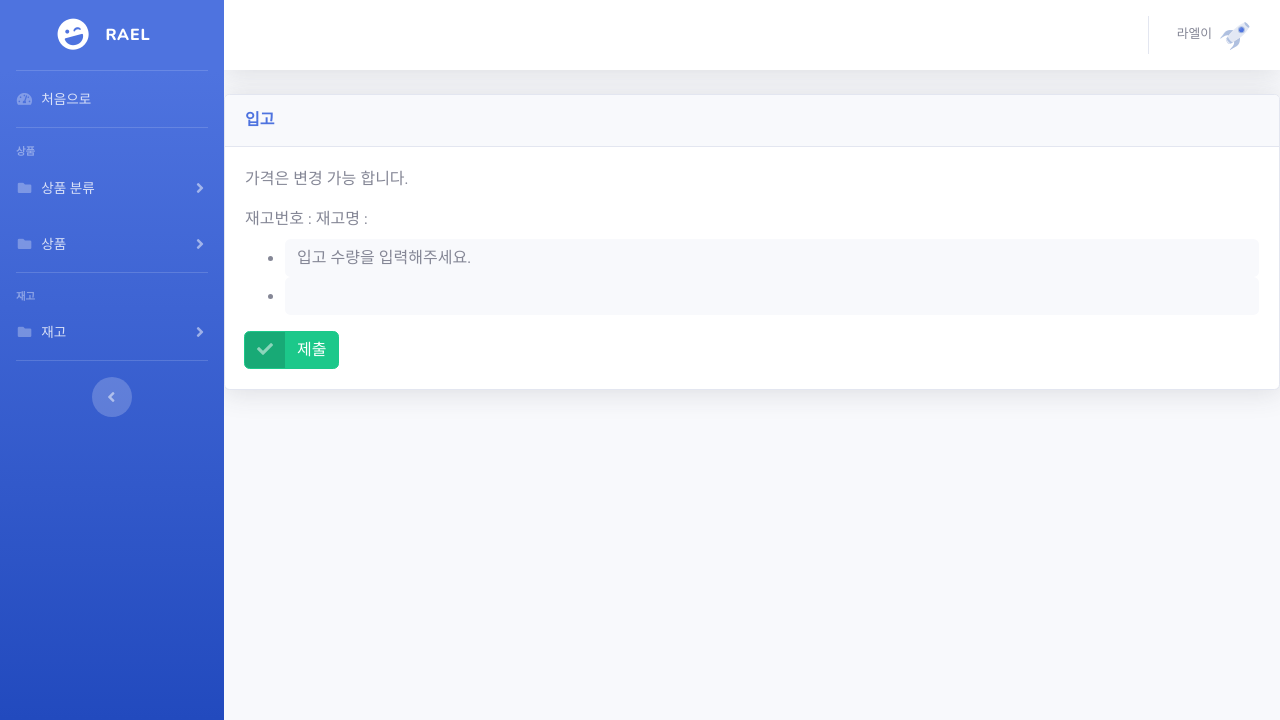
Repository: sww232/springRaelProject
Page: http://localhost/rael/WEB-INF/views/stock/stock_in.jsp
An editor plug-in stored every save of this project. The page is shown before and after the next save, followed by the edit.
The browser window is 1280 px wide. The pictures show the whole page.
The page is served by Tomcat 9. Nobody is signed in. Other server files are loaded and not shown. The template is opened directly, without the code that normally fills it, so the values that code supplies are empty.

Above is the page before, as saved 2022-10-10 13:43:30.

### raelproject3/rael/src/main/webapp/WEB-INF/views/stock/stock_in.jsp
<%@ page language="java" contentType="text/html; charset=UTF-8" pageEncoding="UTF-8"%>
<%@ taglib uri="http://java.sun.com/jsp/jstl/core" prefix="c"%>
<!DOCTYPE html>
<html>
<head>
<meta name="viewport" content="width=device-width, initial-scale=1, shrink-to-fit=no">
<meta name="description" content="">
<meta name="author" content="">
<meta charset="UTF-8">
<title>메인</title>

<link href="/vendor/fontawesome-free/css/all.min.css" rel="stylesheet" type="text/css">
<link href="https://fonts.googleapis.com/css?family=Nunito:200,200i,300,300i,400,400i,600,600i,700,700i,800,800i,900,900i" rel="stylesheet">

<!-- Custom styles for this template -->
<link href="/css/sb-admin-2.min.css" rel="stylesheet">
<script src="/vendor/jquery/jquery.min.js"></script>
<script src="/vendor/bootstrap/js/bootstrap.bundle.min.js"></script>

<!-- Core plugin JavaScript-->
<script src="/vendor/jquery-easing/jquery.easing.min.js"></script>

<!-- Custom scripts for all pages-->
<script src="/js/sb-admin-2.min.js"></script>

<!-- Page level plugins -->
<script src="/vendor/datatables/jquery.dataTables.min.js"></script>
<script src="/vendor/datatables/dataTables.bootstrap4.min.js"></script>

<!-- Page level custom scripts -->
<script src="/js/demo/datatables-demo.js"></script>

<!-- Custom styles for this page -->
<link href="/vendor/datatables/dataTables.bootstrap4.min.css" rel="stylesheet">

</head>
<body id="page-top">
	<form>
		<div class="modal fade" id="moaModal1" tabindex="-1" role="dialog" aria-labelledby="exampleModalLabel" aria-hidden="true">

			<div class="modal-dialog" role="document">
				<div class="modal-content">
					<div class="modal-header">
						<h5 class="modal-title" id="exampleModalLabel">상품 등록을 위한 카테고리 선택</h5>
						<button class="close" type="button" data-dismiss="modal" aria-label="Close">
							<span aria-hidden="true">x</span>
						</button>
					</div>
					<div class="modal-body">
						<select name="categoryBox1" id="categoryBox1">
							<option value="defaultValue" selected></option>
							<c:forEach var="list" items="${categorynums}">
								<option value="${list}">${list}</option>
							</c:forEach>
						</select>
					</div>
					<div class="modal-footer">
						<button class="btn btn-primary" type="button" data-dismiss="modal">Cancel</button>
						<button class="btn btn-primary" type="submit" formaction="/product/product_insert">Choice</button>
					</div>
				</div>
			</div>
		</div>
		<div class="modal fade" id="moaModal2" tabindex="-1" role="dialog" aria-labelledby="exampleModalLabel" aria-hidden="true">

			<div class="modal-dialog" role="document">
				<div class="modal-content">
					<div class="modal-header">
						<h5 class="modal-title" id="exampleModalLabel">상품 추가 등록을 위한 카테고리 선택</h5>
						<button class="close" type="button" data-dismiss="modal" aria-label="Close">
							<span aria-hidden="true">x</span>
						</button>
					</div>
					<div class="modal-body">
						<select name="categoryBox2" id="categoryBox2">
							<option value="defaultValue" selected></option>
							<c:forEach var="list" items="${categorynums}">
								<option value="${list}">${list}</option>
							</c:forEach>
						</select>
					</div>
					<div class="modal-footer">
						<button class="btn btn-primary" type="button" data-dismiss="modal">Cancel</button>
						<button class="btn btn-primary" type="submit" formaction="/product/product_insert_detail">Choice</button>
					</div>
				</div>
			</div>
		</div>
		<div class="modal fade" id="moaModal3" tabindex="-1" role="dialog" aria-labelledby="exampleModalLabel" aria-hidden="true">

			<div class="modal-dialog" role="document">
				<div class="modal-content">
					<div class="modal-header">
						<h5 class="modal-title" id="exampleModalLabel">상품명/상세정보 수정을 위한 카테고리 선택</h5>
						<button class="close" type="button" data-dismiss="modal" aria-label="Close">
							<span aria-hidden="true">x</span>
						</button>
					</div>
					<div class="modal-body">
						<select name="categoryBox3" id="categoryBox3">
							<option value="defaultValue" selected></option>
							<c:forEach var="list" items="${categorynums}">
								<option value="${list}">${list}</option>
							</c:forEach>
						</select>
					</div>
					<div class="modal-footer">
						<button class="btn btn-primary" type="button" data-dismiss="modal">Cancel</button>
						<button class="btn btn-primary" type="submit" formaction="/product/product_update">Choice</button>
					</div>
				</div>
			</div>
		</div>
	</form>
	<div id="wrapper">
		<ul class="navbar-nav bg-gradient-primary sidebar sidebar-dark accordion" id="accordionSidebar">

			<!-- Sidebar - Brand -->
			<a class="sidebar-brand d-flex align-items-center justify-content-center" href="/">
				<div class="sidebar-brand-icon rotate-n-15">
					<i class="fas fa-laugh-wink"></i>
				</div>
				<div class="sidebar-brand-text mx-3">RAEL</div>
			</a>

			<!-- Divider -->
			<hr class="sidebar-divider my-0">

			<!-- Nav Item - Dashboard -->
			<li class="nav-item"><a class="nav-link" href="/"> <i class="fas fa-fw fa-tachometer-alt"></i> <span>처음으로</span></a></li>

			<!-- Divider -->
			<hr class="sidebar-divider">

			<!-- Heading -->
			<div class="sidebar-heading">상품</div>

			<!-- Nav Item - Pages Collapse Menu -->
			<li class="nav-item"><a class="nav-link collapsed" href="#" data-toggle="collapse" data-target="#collapseTwo" aria-expanded="true" aria-controls="collapseTwo"> <i class="fas fa-fw fa-folder"></i> <span>상품 분류</span>
			</a>
				<div id="collapseTwo" class="collapse" aria-labelledby="headingTwo" data-parent="#accordionSidebar">
					<div class="bg-white py-2 collapse-inner rounded">
						<h6 class="collapse-header">상풍 분류 탭</h6>
						<a class="collapse-item" href="/product/category_select?page=1&recordSize=10&pageSize=10">상품 분류 조회</a> <a class="collapse-item" href="/product/category_insert?insertresult=0">상품 분류 등록</a> <a class="collapse-item" href="/product/category_update">상품 분류 수정</a>
					</div>
				</div></li>

			<!-- Nav Item - Utilities Collapse Menu -->
			<li class="nav-item"><a class="nav-link collapsed" href="#" data-toggle="collapse" data-target="#collapseUtilities" aria-expanded="true" aria-controls="collapseUtilities"> <i class="fas fa-fw fa-folder"></i> <span>상품</span>
			</a>
				<div id="collapseUtilities" class="collapse" aria-labelledby="headingUtilities" data-parent="#accordionSidebar">
					<div class="bg-white py-2 collapse-inner rounded">
						<h6 class="collapse-header">상품 탭</h6>
						<a class="collapse-item" href="/product/all_select?page=1&recordSize=10&pageSize=10">상품 조회</a> <a class="collapse-item" href="#" data-toggle="modal" data-target="#moaModal1"> <i class="fas fa-arrow-right"></i>상품 등록
						</a> <a class="collapse-item" href="#" data-toggle="modal" data-target="#moaModal2"> <i class="fas fa-arrow-right"></i>상품 추가 등록
						</a> <a class="collapse-item" href="#" data-toggle="modal" data-target="#moaModal3"> <i class="fas fa-arrow-right"></i>상품명/상세정보 수정
						</a>
					</div>
				</div></li>

			<!-- Divider -->
			<hr class="sidebar-divider">

			<!-- Heading -->
			<div class="sidebar-heading">재고</div>

			<!-- Nav Item - Pages Collapse Menu -->
			<li class="nav-item"><a class="nav-link collapsed" href="#" data-toggle="collapse" data-target="#collapsePages" aria-expanded="true" aria-controls="collapsePages"> <i class="fas fa-fw fa-folder"></i> <span>재고</span>
			</a>
				<div id="collapsePages" class="collapse" aria-labelledby="headingPages" data-parent="#accordionSidebar">
					<div class="bg-white py-2 collapse-inner rounded">
						<h6 class="collapse-header">재고</h6>
						<a class="collapse-item" href="/stock/stock_select?page=1&recordSize=10&pageSize=10">재고 조회 및 입/출고</a>
						<div class="collapse-divider"></div>
						<h6 class="collapse-header">재고 입/출고</h6>
						<a class="collapse-item" href="/stock/stock_history?page=1&recordSize=10&pageSize=10">내역</a> <a class="collapse-item" href="/stock/stock_history_cancel?page=1&recordSize=10&pageSize=10">취소</a>
					</div>
				</div></li>

			<!-- Divider -->
			<hr class="sidebar-divider d-none d-md-block">

			<!-- Sidebar Toggler (Sidebar) -->
			<div class="text-center d-none d-md-inline">
				<button class="rounded-circle border-0" id="sidebarToggle"></button>
			</div>

		</ul>

		<!-- End of Sidebar -->

		<!-- Content Wrapper -->
		<div id="content-wrapper" class="d-flex flex-column">

			<!-- Main Content -->
			<div id="content">

				<!-- Topbar -->
				<nav class="navbar navbar-expand navbar-light bg-white topbar mb-4 static-top shadow">

					<!-- Sidebar Toggle (Topbar) -->
					<form class="form-inline">
						<button id="sidebarToggleTop" class="btn btn-link d-md-none rounded-circle mr-3">
							<i class="fa fa-bars"></i>
						</button>
					</form>

					<!-- Topbar Search
                    <form
                        class="d-none d-sm-inline-block form-inline mr-auto ml-md-3 my-2 my-md-0 mw-100 navbar-search">
                        <div class="input-group">
                            <input type="text" class="form-control bg-light border-0 small" placeholder="Search for..."
                                aria-label="Search" aria-describedby="basic-addon2">
                            <div class="input-group-append">
                                <button class="btn btn-primary" type="button">
                                    <i class="fas fa-search fa-sm"></i>
                                </button>
                            </div>
                        </div>
                    </form>
					-->
					<!-- Topbar Navbar -->
					<ul class="navbar-nav ml-auto">

						<!-- Nav Item - Search Dropdown (Visible Only XS) -->
						<li class="nav-item dropdown no-arrow d-sm-none"><a class="nav-link dropdown-toggle" href="#" id="searchDropdown" role="button" data-toggle="dropdown" aria-haspopup="true" aria-expanded="false"> <i class="fas fa-search fa-fw"></i>
						</a> <!-- Dropdown - Messages -->
							<div class="dropdown-menu dropdown-menu-right p-3 shadow animated--grow-in" aria-labelledby="searchDropdown">
								<form class="form-inline mr-auto w-100 navbar-search">
									<div class="input-group">
										<input type="text" class="form-control bg-light border-0 small" placeholder="Search for..." aria-label="Search" aria-describedby="basic-addon2">
										<div class="input-group-append">
											<button class="btn btn-primary" type="button">
												<i class="fas fa-search fa-sm"></i>
											</button>
										</div>
									</div>
								</form>
							</div></li>
						<div class="topbar-divider d-none d-sm-block"></div>

						<!-- Nav Item - User Information -->
						<li class="nav-item dropdown no-arrow"><a class="nav-link dropdown-toggle" href="#" id="userDropdown" role="button" data-toggle="dropdown" aria-haspopup="true" aria-expanded="false"> <span class="mr-2 d-none d-lg-inline text-gray-600 small">라엘이</span> <img class="img-profile rounded-circle" src="img/undraw_rocket.svg">
						</a> <!-- Dropdown - User Information -->
							<div class="dropdown-menu dropdown-menu-right shadow animated--grow-in" aria-labelledby="userDropdown">
								<div class="dropdown-divider"></div>
								<a class="dropdown-item" href="#" data-toggle="modal" data-target="#logoutModal"> <i class="fas fa-sign-out-alt fa-sm fa-fw mr-2 text-gray-400"></i> Logout
								</a>
							</div></li>

					</ul>

				</nav>
				<!-- End of Topbar -->
				<div class="card shadow mb-4">
					<div class="card-header py-3 d-flex flex-row align-items-center justify-content-between">
						<h6 class="m-0 font-weight-bold text-primary">입고</h6>
					</div>
					<div class="card-body">
						<p>가격은 변경 가능 합니다.
						<div class="my-2"></div>
						재고번호 :
						<code>${stocknum}</code>
						재고명 :
						<code>${stockname}</code>
						<div class="my-2"></div>

						<code>${stocknum}</code>
							<form action='/stock/stock_in/INSERT' method="post">
								<input type='hidden' name='stock num' value="${stocknum}" readonly>
								<input type='hidden' name='stock name' value="${stockname}" readonly>
								<input type='hidden' name='stock state' value='입' readonly>
								<div>
									<ul>
										<li>
											<div class="input-group">
												<input type='number' class="form-control bg-light border-0 small" name='stock quantity' placeholder="입고 수량을 입력해주세요.">
											</div>
										</li>
										<li>
											<div class="input-group">
												<input type='number' class="form-control bg-light border-0 small" name='stock price' value=${stockprice}>
											</div>
										</li>
									</ul>
								</div>
								<div class="input-group-append">
									<button type="submit" class="btn btn-success btn-icon-split">
										<span class="icon text-white-50"> <i class="fas fa-check"></i>
										</span> <span class="text">제출</span>
									</button>
								</div>
							</form>
</body>
</html>

### raelproject3/rael/src/main/resources/static/img/undraw_rocket.svg
<?xml version="1.0" encoding="utf-8"?>
<!-- Generator: Adobe Illustrator 25.0.0, SVG Export Plug-In . SVG Version: 6.00 Build 0)  -->
<svg version="1.1" id="b759170a-51c3-4e2f-999d-77dec9fd6d11"
	 xmlns="http://www.w3.org/2000/svg" xmlns:xlink="http://www.w3.org/1999/xlink" x="0px" y="0px" viewBox="0 0 650.9 610.5"
	 style="enable-background:new 0 0 650.9 610.5;" xml:space="preserve">
<style type="text/css">
	.st0{fill:#AFC0E0;}
	.st1{opacity:0.2;fill:#FFFFFF;enable-background:new    ;}
	.st2{opacity:0.1;enable-background:new    ;}
	.st3{fill:#E3E8F4;}
	.st4{fill:#4E73DF;}
</style>
<path class="st0" d="M174,321c-2-1.6-4.2-3-6.6-4.2c-51.8-26.2-157,67.8-157,67.8L0,372.7c0,0,42.1-43.8,92.4-117.3
	c45.2-66.1,150.7-51.8,171.4-48.3c2.3,0.4,3.6,0.7,3.6,0.7C298.7,288.3,174,321,174,321z"/>
<path class="st1" d="M269.4,213.9c-0.6-2-1.3-4-2-6c0,0-1.2-0.2-3.6-0.7c-20.7-3.5-126.2-17.8-171.4,48.3C42.1,329,0,372.7,0,372.7
	l5.9,6.7c0,0,42.1-43.8,92.4-117.3C143.3,196.3,248,210.2,269.4,213.9z"/>
<path class="st0" d="M337.7,533.4c-79.2,40.8-127.8,77.1-127.8,77.1l-10.5-11.9c0,0,111.1-96.8,85.3-150.9c-0.5-1.2-1.2-2.3-1.9-3.4
	c0,0,47.9-119.6,123.9-78.5c0,0,0.1,1,0.2,2.9C407.8,387.8,409.7,496.3,337.7,533.4z"/>
<path class="st2" d="M174,321c-2-1.6-4.2-3-6.6-4.2c29.3-38.9,61.5-75.5,96.3-109.7c2.3,0.4,3.6,0.7,3.6,0.7
	C298.7,288.3,174,321,174,321z"/>
<path class="st2" d="M406.9,368.6c-38.6,29.6-79.4,56.1-122.3,79.1c-0.5-1.2-1.2-2.3-1.9-3.4c0,0,47.9-119.6,123.9-78.5
	C406.7,365.7,406.8,366.7,406.9,368.6z"/>
<path class="st3" d="M263.6,455.5c-20.3,10.4-41.6,20.5-64,30.2c-33.6,14.6-51.5-2.2-80.7-91.5c0,0,12.5-22.5,37.2-57
	c54.3-75.8,167.5-209.1,336.1-286.7C542.7,27.1,596.1,10.1,650.9,0c0,0-9.1,68.8-62,160.1S439.1,365.3,263.6,455.5z"/>
<circle class="st0" cx="435.6" cy="199.7" r="71.6"/>
<path class="st4" d="M469.2,237.9c-21,18.6-53.1,16.6-71.7-4.5c-7.8-8.8-12.2-20-12.7-31.8c-0.2-4.7,0.3-9.4,1.4-14
	c0.5-2,1.1-4.1,1.9-6c2.9-7.7,7.7-14.5,13.8-19.9c0.3-0.3,0.6-0.5,0.9-0.8c17.1-14.4,41.5-15.9,60.3-3.8c3.5,2.3,6.7,4.9,9.5,7.9
	l1,1.1C492.2,187.2,490.2,219.3,469.2,237.9C469.2,237.8,469.2,237.9,469.2,237.9z"/>
<path class="st0" d="M588.9,160.1c-83-35.2-96.8-109.6-96.8-109.6C542.7,27,596.1,10.1,650.9,0C650.9,0,641.8,68.8,588.9,160.1z"/>
<path class="st0" d="M263.6,455.5c-13.7,7.1-27.9,13.9-42.6,20.7c-7,3.2-14.1,6.4-21.4,9.5c-10.9,4.7-51.5-2.2-80.7-91.5
	c0,0,4.1-7.3,12.1-20c6.1-9.6,14.5-22.2,25.1-37c0,0,11,33.2,41.1,67.3C215.8,425.7,238.4,443,263.6,455.5z"/>
<path class="st3" d="M221,476.2c-7,3.2-14.1,6.4-21.4,9.5c-10.9,4.7-51.5-2.2-80.7-91.5c0,0,4.1-7.3,12.1-20
	C131,374.2,170.2,456.9,221,476.2z"/>
<path class="st1" d="M463.2,157l-0.1,0l-60.1,3.9c-0.3,0.3-0.6,0.5-0.9,0.8c-6.2,5.4-10.9,12.3-13.8,19.9l84.5-16.6L463.2,157z"/>
<path class="st1" d="M438.8,194.3l-53.9,7.3c-0.2-4.7,0.3-9.4,1.4-14l52.8,1.4L438.8,194.3z"/>
<path class="st1" d="M131.7,408.7c0,0,12.5-22.5,37.2-57C223.2,276,336.4,142.7,504.9,65c45.6-21.1,93.3-36.9,142.5-47.3
	C650.1,6.4,650.9,0,650.9,0c-54.8,10.1-108.2,27-158.7,50.5c-168.6,77.7-281.8,211-336.1,286.7c-24.7,34.4-37.2,57-37.2,57
	c11.5,35.3,26.6,57,40.5,70.3C149.4,451.4,139.7,433.3,131.7,408.7z"/>
</svg>

Loaded but not shown: raelproject3/rael/src/main/resources/static/css/sb-admin-2.min.css (library); raelproject3/rael/src/main/resources/static/js/sb-admin-2.min.js (common file); raelproject3/rael/src/main/resources/static/js/demo/datatables-demo.js (common file)

After the next save:
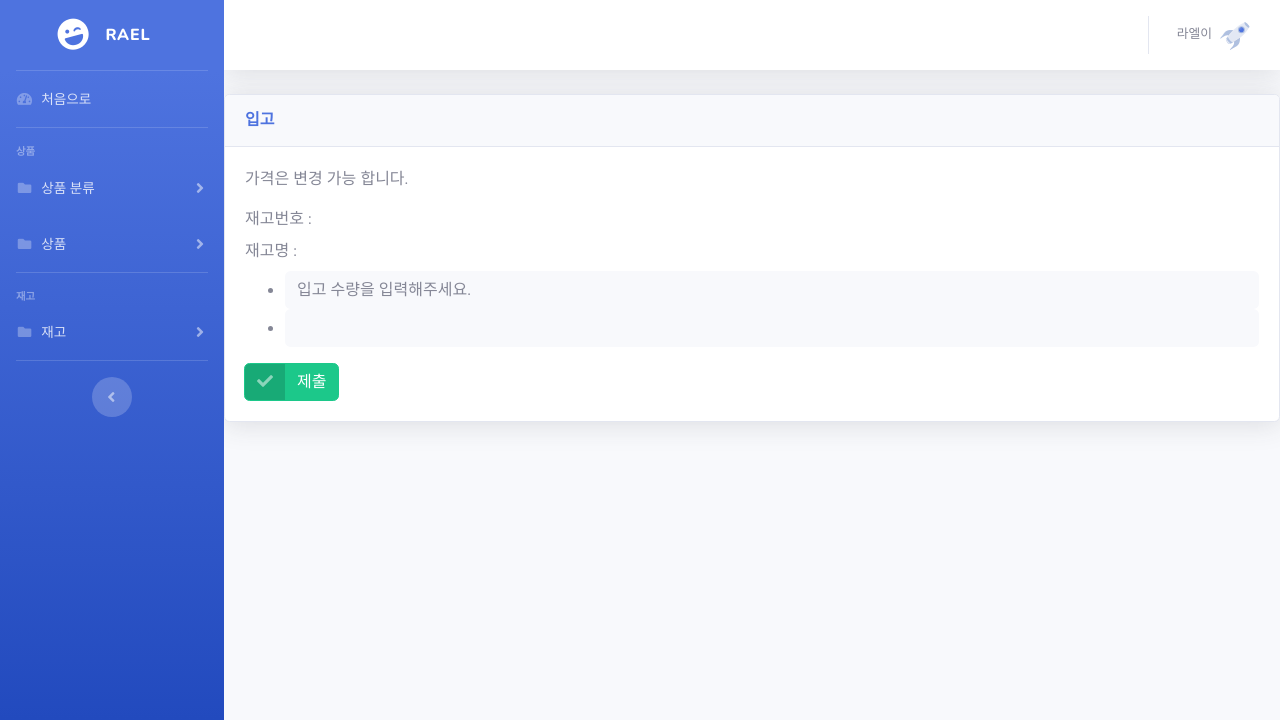
Saved 87 s later.
--- a/raelproject3/rael/src/main/webapp/WEB-INF/views/stock/stock_in.jsp
+++ b/raelproject3/rael/src/main/webapp/WEB-INF/views/stock/stock_in.jsp
@@ -261,6 +261,7 @@
 						<div class="my-2"></div>
 						재고번호 :
 						<code>${stocknum}</code>
+						<div class="my-2"></div>
 						재고명 :
 						<code>${stockname}</code>
 						<div class="my-2"></div>
